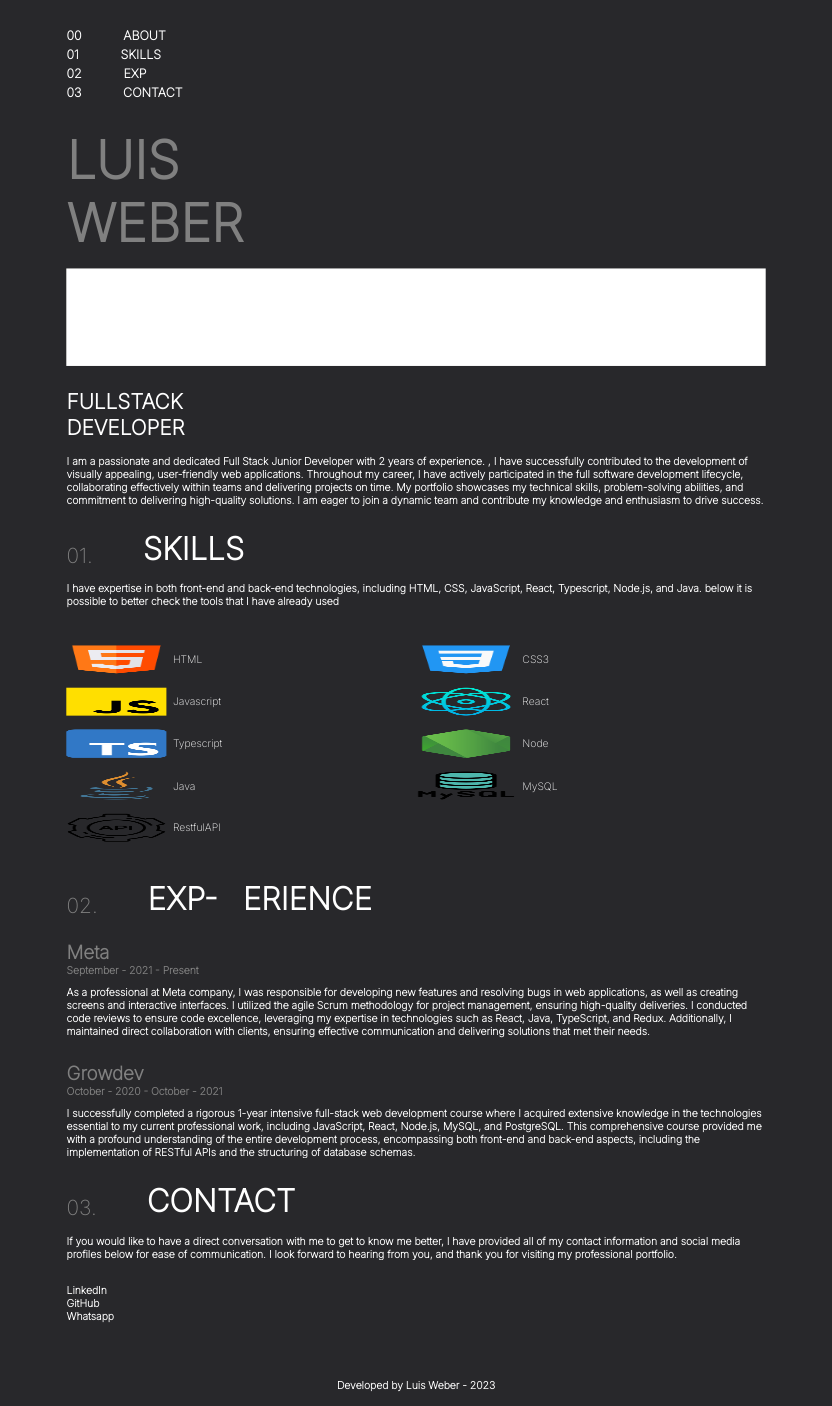
Repository: luiswh1/Portfolio
Page: /
An editor plug-in stored every save of this project. The page is shown before and after the next save, followed by the edit.
The browser window is 1280 px wide. The pictures show the whole page, at 65% of full size.
The project was rebuilt for these pictures with package versions that can differ from the ones it lists, and the page was loaded fresh each time.

Above is the page before, as saved 2023-06-01 20:44:45.

After the next save:
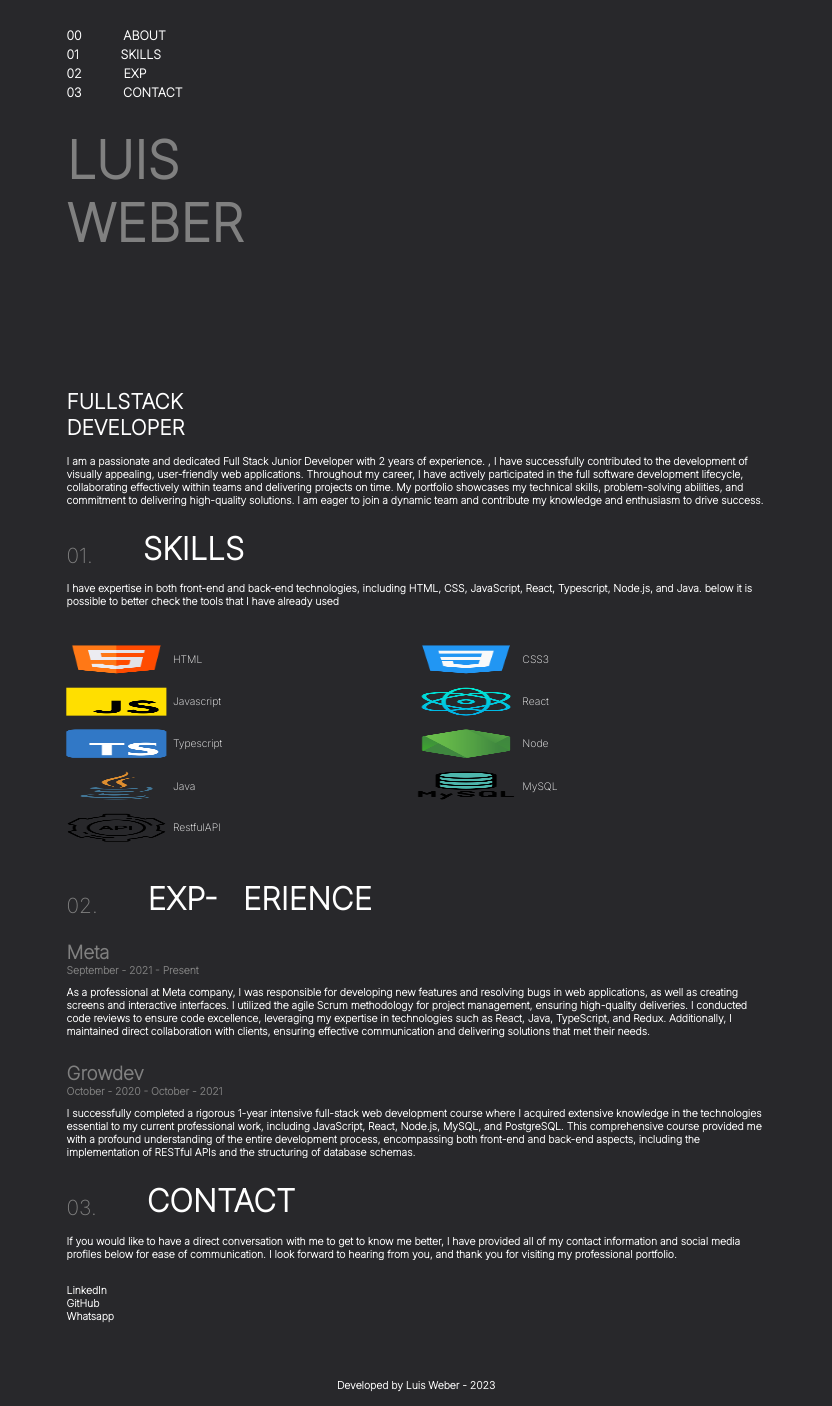
Saved 10 days later.
--- a/src/Pages/Home.tsx
+++ b/src/Pages/Home.tsx
@@ -40,11 +40,12 @@ const Home = () => {
             style={{
               width: "100%",
               height: "150px",
-              backgroundColor: "white",
               margin: "auto",
               marginTop: "3vh",
+              backgroundImage: '/assets/images/avatar.png'
             }}
-          ></div>
+          >
+          </div>
           <Profession>
             FULLSTACK <br />
             DEVELOPER
